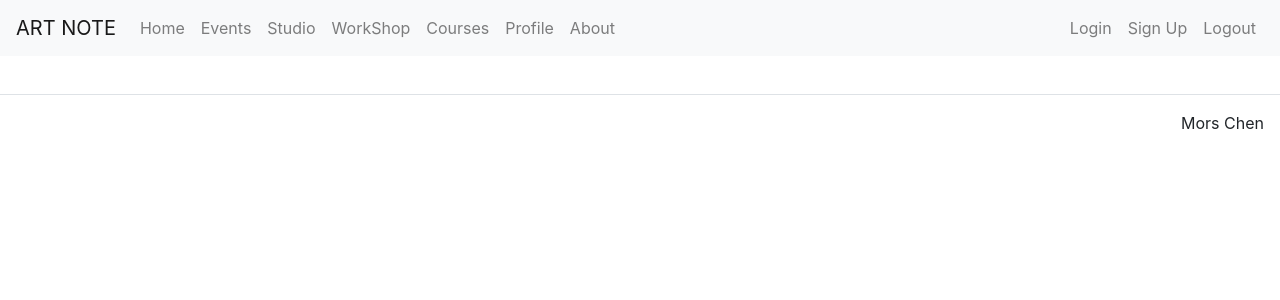
Repository: MorsChen/Final-Client
Page: /profile (app in client-app/)
The author's editor kept a copy of each file at every save. The page is drawn from the files as they stood at one save, then again after the next save.
The browser window is 1280 px wide. The pictures show the whole page.
The page's requests for data from a server got no answer. The project was rebuilt for these pictures with package versions that can differ from the ones it lists, and the page was loaded fresh each time. No one was signed in, and anything a server would have sent is missing. Also part of the build but not shown: client-app/src/page/Home.js, client-app/src/page/SignUp.js, client-app/src/page/Login.js.

Above is the page before, as saved 2019-10-01 13:59:20.

After the next save:
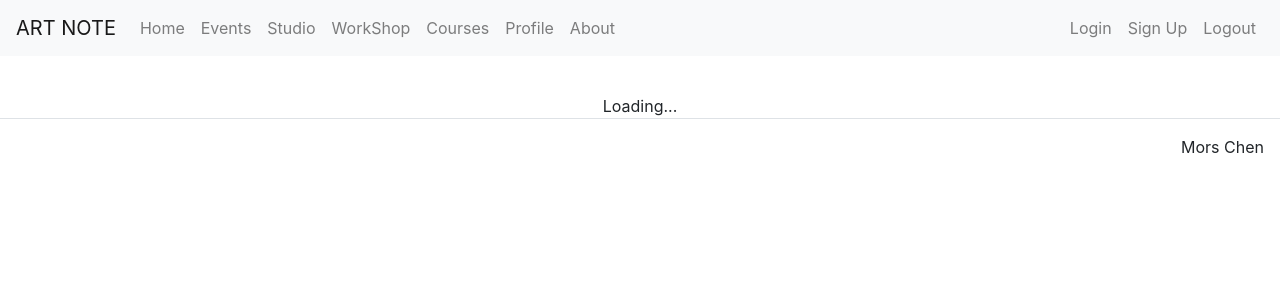
Saved 98 s later.
--- a/client-app/src/page/Profile.js
+++ b/client-app/src/page/Profile.js
@@ -43,13 +43,13 @@ export default class Profile extends Component {
         return [
             <div className="FullContent">
                 <h3>PROFILE</h3>
-                {/* <p>User Name : {this.state.userinfo.username}</p>
+                {this.state.isLoaded ? <><p>User Name : {this.state.userinfo.username}</p>
                 <p>Full Name: {this.state.userinfo.firstname} {this.state.userinfo.lastname}</p>
                 <p>Birthday: {this.state.userinfo.birthday}</p>
                 <p>Email : {this.state.userinfo.email}</p>
                 <p>Phone: {this.state.userinfo.phone}</p>
                 <p>Address: {this.state.userinfo.address}, district {this.state.userinfo.state}, {this.state.userinfo.city} city</p>
-                <p>Zipcode : {this.state.userinfo.zipcode}</p> */}
+                <p>Zipcode : {this.state.userinfo.zipcode}</p> </> : <div>Loading...</div>}
 
             </div>
         ]
